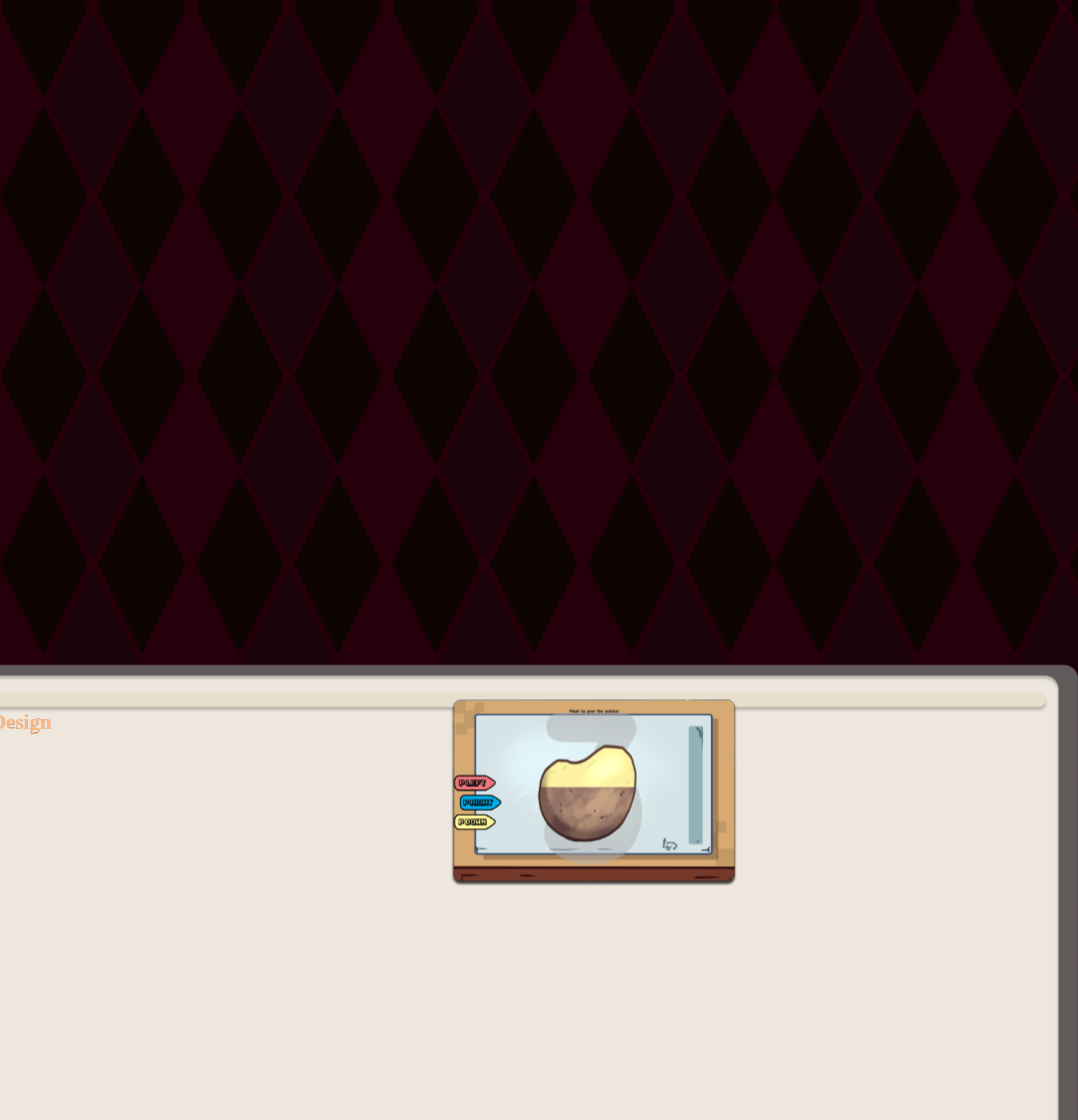
Repository: EMP-ChristinaC/Portfolio
Page: projects/potato-shuffle/potato.html
These files come from the project's save history. The page is drawn as it stood at one moment and after the next save; the edit follows.
The browser window is 1280 px wide. The page is 1540 px wide, so the pictures cover 1540 px, including what lies to the right of the window. The pictures show the part of the page from y = 2787 to 4387 px (the page is 4978 px tall), at 70% of full size.
Some web fonts or font styles are not loaded; a fallback is used.

Above is the page before, as saved 2024-12-09 13:40:07.

After the next save:
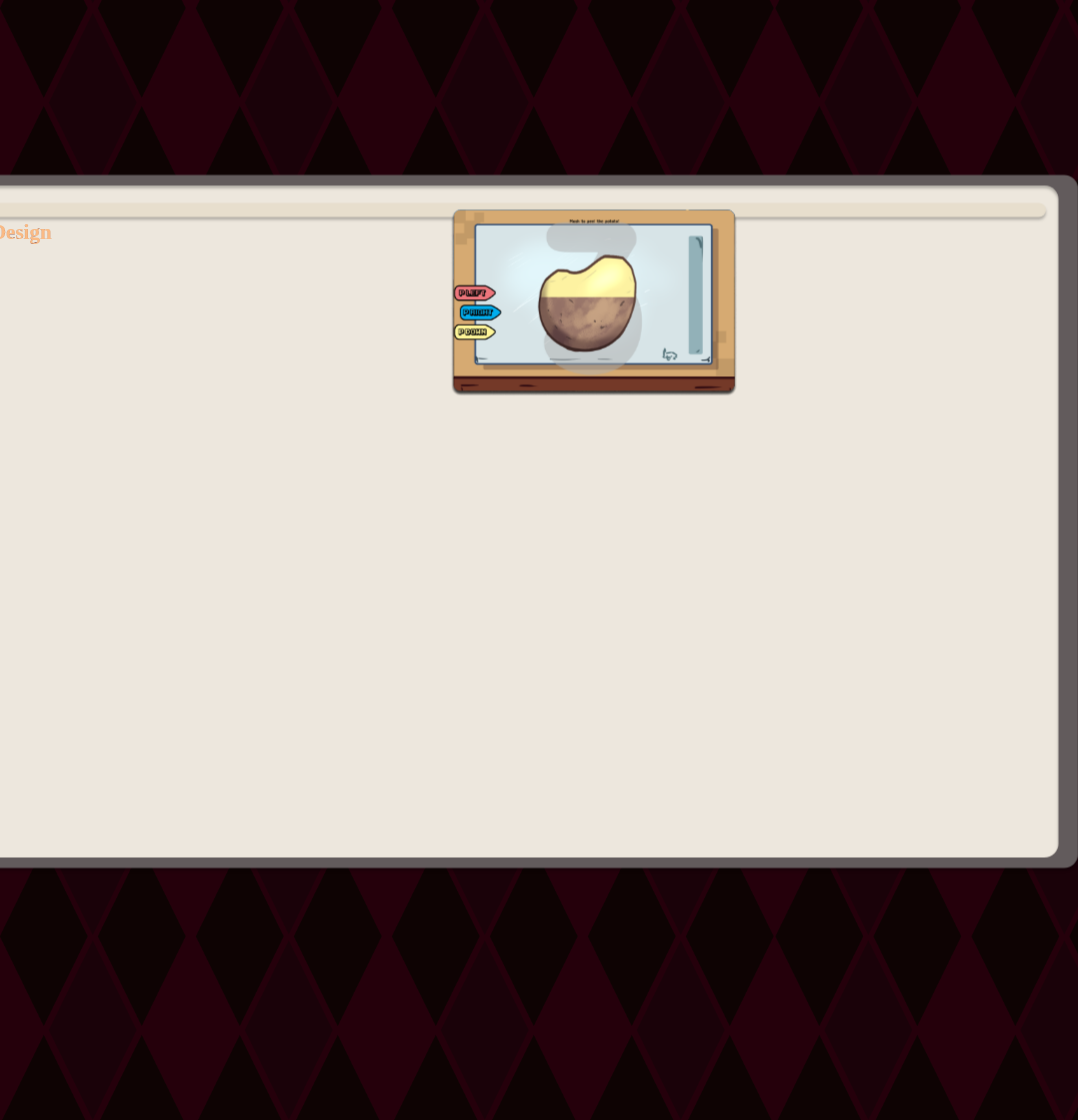
Saved 61 s later.
--- a/projects/potato-shuffle/potato.css
+++ b/projects/potato-shuffle/potato.css
@@ -46,7 +46,7 @@
     position: absolute;
     top: 50%;
     left: 50%;
-    transform: translate(-50%, 2340px);
+    transform: translate(-50%, 1640px);
 }
 
 
